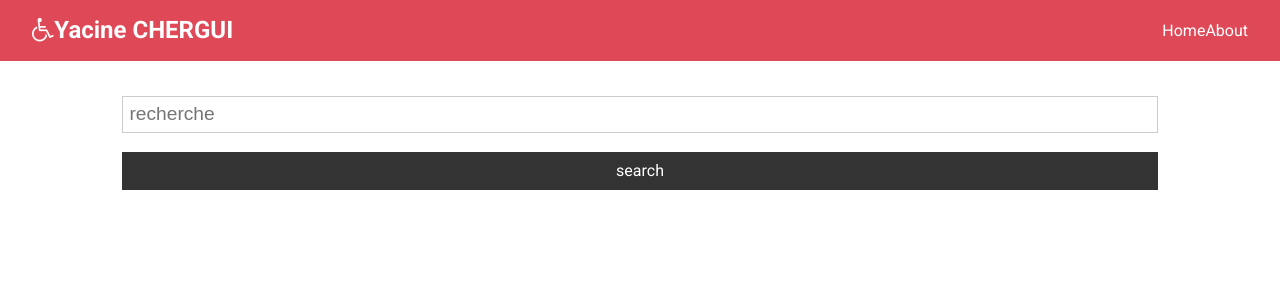
Repository: cherguiyacine/gitHubSearch
Page: /
The author's editor kept a copy of each file at every save. The page is drawn from the files as they stood at one save, then again after the next save.
The browser window is 1280 px wide. The pictures show the whole page.
The project was rebuilt for these pictures with package versions that can differ from the ones it lists, and the page was loaded fresh each time. Also part of the build but not shown: src/Component/Users/UserItem.js, src/Component/Layout/Spinner.js, src/Component/Layout/Alert.js, src/Authentification.js.

Above is the page before, as saved 2019-11-22 12:30:30.

### public/index.html
<!DOCTYPE html>
<html lang="en">
  <head>
    <meta charset="utf-8" />
    <link rel="icon" href="%PUBLIC_URL%/favicon.ico" />
    <meta name="viewport" content="width=device-width, initial-scale=1" />
    <meta name="theme-color" content="#000000" />
    <meta
      name="description"
      content="Web site created using create-react-app"
    />
    <link rel="apple-touch-icon" href="logo192.png" />

    <link rel="manifest" href="%PUBLIC_URL%/manifest.json" />
    <link
      rel="stylesheet"
      href="https://cdnjs.cloudflare.com/ajax/libs/font-awesome/4.7.0/css/font-awesome.min.css"
    />
    <link
      rel="stylesheet"
      href="https://fonts.googleapis.com/css?family=Roboto:300,400,500,700&display=swap"
    />
    <link
      rel="stylesheet"
      href="https://fonts.googleapis.com/icon?family=Material+Icons"
    />

    <title>Yacine App</title>
  </head>
  <body>
    <noscript>You need to enable JavaScript to run this app.</noscript>
    <div id="root"></div>
  </body>
</html>

### src/index.js
import React from "react";
import ReactDOM from "react-dom";
import "./index.css";
import App from "./App";
import Authentification from "./Authentification";
import * as serviceWorker from "./serviceWorker";

ReactDOM.render(<App />, document.getElementById("root"));

// If you want your app to work offline and load faster, you can change
// unregister() to register() below. Note this comes with some pitfalls.
// Learn more about service workers: https://bit.ly/CRA-PWA
serviceWorker.unregister();

### src/App.js
import React from "react";
import Navbar from "./Component/Layout/Navbar";
import Users from "./Component/Users/Users";
import Search from "./Component/Users/Search";
import Alert from "./Component/Layout/Alert";

import axios from "axios";
import Authentification from "./Authentification";
import "./App.css";

class App extends React.Component {
  state = {
    users: [],
    loading: false,
    alert: null
  };

  searchUser = async text => {
    this.setState({ loading: true });

    const res = await axios.get(
      `https://api.github.com/search/users?q=${text}&client_id=${process.env.REACT_APP_GITHUB_CLIENT_ID}&
      client_secret=${process.env.REACT_APP_GITHUB_CLIENT_SECRET}`
    );
    this.setState({ users: res.data.items, loading: false });
  };

  clearUsers = () => this.setState({ users: [], loading: false });
  alert = (msg, type) => {
    console.log(msg);
    this.setState({ alert: { msg: msg, type: type } });
    setTimeout(() => this.setState({ alert: null }), 4000);
  };
  render() {
    return (
      <div className='App'>
        <Navbar title='Yacine CHERGUI' icon='fa fa-wheelchair'></Navbar>
        <Alert alert={this.state.alert}></Alert>
        <div className='container'>
          <Search
            searchUser={this.searchUser}
            clearUsers={this.clearUsers}
            clearBtn={this.state.users.length}
            alert={this.alert}
          />

          <Users Users={this.state.users} loading={this.state.loading} />
        </div>
      </div>
    );
  }
}

export default App;

### src/Component/Layout/Navbar.js
import React, { Component } from "react";
import PropTypes from "prop-types";

const Navbar = props => {
  return (
    <nav className='navbar bg-primary'>
      <h1>
        <i className={props.icon} />
        {props.title}
      </h1>
      <ul>
        <li>Home</li>
        <li> About</li>
      </ul>
    </nav>
  );
};
Navbar.defaultProps = {
  title: "facebook",
  icon: "fa fa-wheelchair"
};

Navbar.propTypes = {
  title: PropTypes.string.isRequired,
  icon: PropTypes.string.isRequired
};

export default Navbar;

### src/Component/Users/Users.js
import React, { Component } from "react";
import UserItem from "./UserItem";
import Spinner from "../Layout/Spinner";

const Users = props => {
  console.log(123);
  if (props.loading) {
    return <Spinner />;
  } else {
    return (
      <div style={UserStyle}>
        {props.Users.map(user => (
          <UserItem user={user} />
        ))}
      </div>
    );
  }
};
const UserStyle = {
  display: "grid",
  gridTemplateColumns: "repeat(3, 1fr)",
  gridGrap: "1rem"
};

export default Users;

### src/Component/Users/Search.js
import React, { Component } from "react";

export class Search extends Component {
  state = {
    text: ""
  };
  onSubmit = e => {
    e.preventDefault();
    if (this.state.text === "") {
      this.props.alert("ERROR", "light");
    } else {
      this.props.searchUser(this.state.text);
      this.setState({ text: "" });
    }
  };
  onChange = e => {
    this.setState({ text: e.target.value });
  };

  render() {
    return (
      <div>
        <form onSubmit={this.onSubmit} className='form'>
          <input
            type='text'
            name='text'
            placeholder='recherche'
            value={this.state.text}
            onChange={this.onChange} // pour doit decriture
          ></input>
          <input
            type='submit'
            value='search'
            className='btn btn-dark btn-block'
          ></input>
        </form>
        {this.props.clearBtn > 0 && (
          <button
            className='btn btn-light btn-block'
            onClick={this.props.clearUsers}
          >
            Clear
          </button>
        )}
      </div>
    );
  }
}

export default Search;

Loaded but not shown: src/index.css (common file); src/serviceWorker.js (common file); src/App.css (common file)

After the next save:
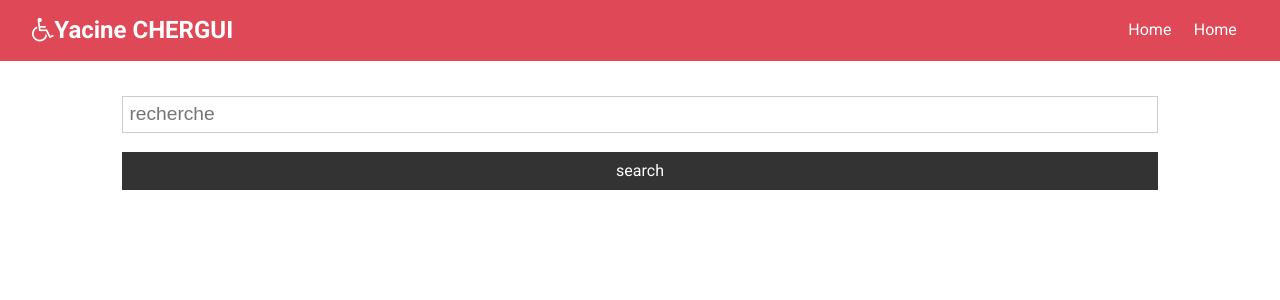
Saved 117 s later.
--- a/src/Component/Layout/Navbar.js
+++ b/src/Component/Layout/Navbar.js
@@ -9,8 +9,13 @@ const Navbar = props => {
         {props.title}
       </h1>
       <ul>
-        <li>Home</li>
-        <li> About</li>
+        <li>
+          <a>Home</a>{" "}
+        </li>
+        <li>
+          {" "}
+          <a>Home</a>
+        </li>
       </ul>
     </nav>
   );
